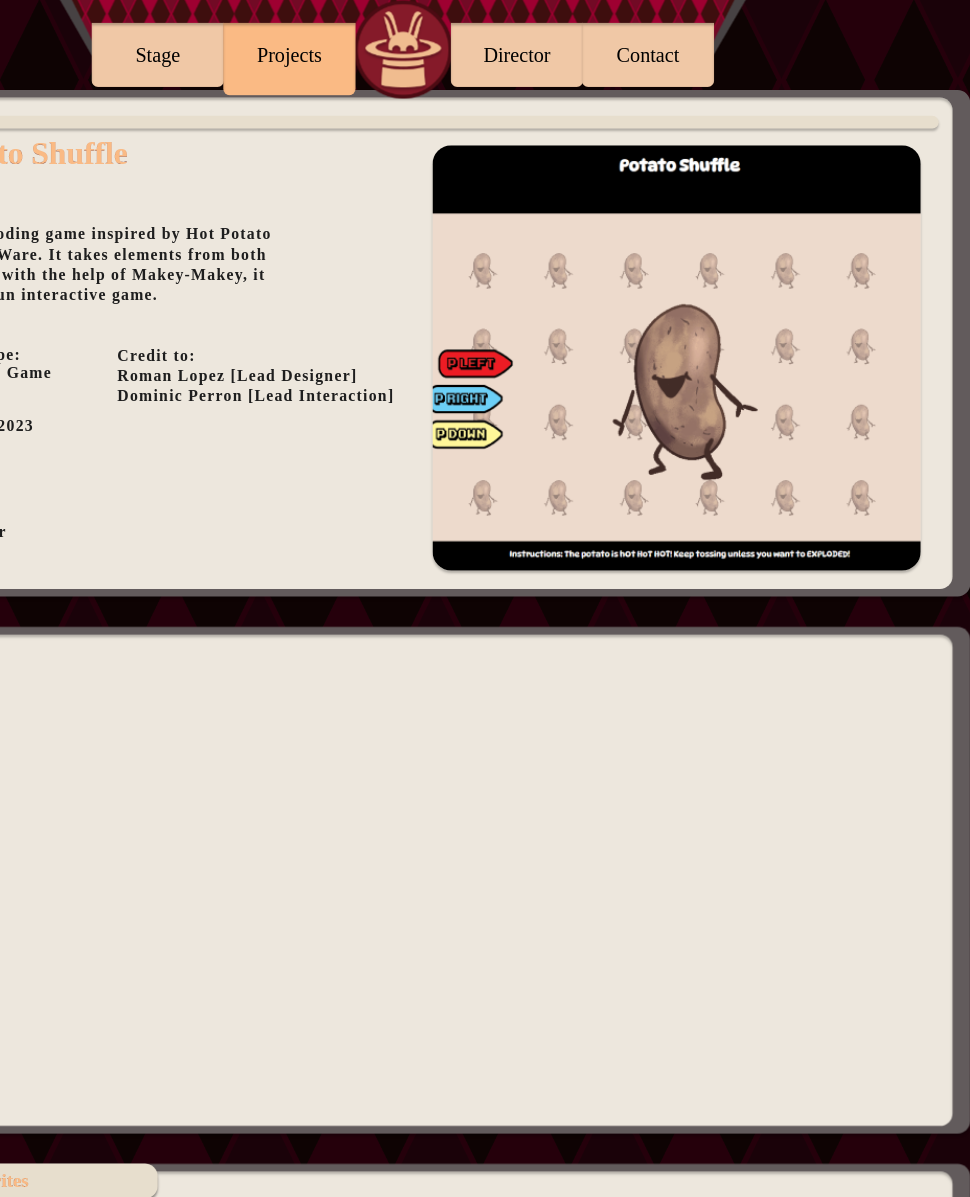
Repository: EMP-ChristinaC/Portfolio
Page: projects/potato-shuffle/potato.html
The author's editor kept a copy of each file at every save. The page is drawn from the files as they stood at one save, then again after a run of saves.
The browser window is 1280 px wide. The page is 1540 px wide, so the pictures cover 1540 px, including what lies to the right of the window. The pictures show the part of the page from y = 0 to 1900 px (the page is 6212 px tall), at 63% of full size.
Some web fonts or font styles are not loaded; a fallback is used.

Above is the page before, as saved 2024-12-08 19:48:16.

### projects/potato-shuffle/potato.html
<!DOCTYPE html>
<html lang="en">

<head>
    <meta charset="UTF-8">
    <meta name="viewport" content="width=device-width, initial-scale=1.0">
    <title>CC- Project Potato Shuffle</title>
    <!--- ////////////////// OUTSIDE STYLES //////////////////-->


    <!--- ///////////////// GOOGLE FONTS  ////////////////////-->
    <link rel="preconnect" href="https://fonts.googleapis.com">
    <link rel="preconnect" href="https://fonts.gstatic.com" crossorigin>
    <link
        href="https://fonts.googleapis.com/css2?family=Overlock:ital,wght@0,400;0,700;0,900;1,400;1,700;1,900&family=Vast+Shadow&display=swap"
        rel="stylesheet">

    <!--- /////////////// MY STYLES ////////////////-->

    <link rel="stylesheet" href="potato.css">
    <link rel="stylesheet" href="../../nav.css">
    <link rel="stylesheet" href="media-style-phone-potato.css">
    <link rel="stylesheet" href="../../media-style-two.css">
    <link rel="stylesheet" href="media-style-mac-potato.css">

    <!--- //////////////// FAVICON LINKS ///////////////////-->
    <link rel="shortcut icon" href="../../image/logo.png" type="image/x-icon">
    <link rel="icon" href="../../image/logo.png" type="image/x-icon">

</head>

<body class="home-potato">

    <!--- /////////////////////// NAVIGATION /////////////////////-->
    <header class="navigation">
        <img class="nav-background" src="../../image/nav-background.png"
            alt="A decor for the nav, it holds a logo with diamond patterns in the background.">


        <a href="../../index.html " class="nav-home">Stage</a>
        <a href="../../about-page/about.html" class="nav-about">Director</a>
        <a href="../../contact-page/contact.html" class="nav-contact">Contact</a>
        <a href="../../main-project-page/projects.html" class="nav-projects current">Projects</a>
    </header>


    <!--- /////////////////////// ARROW BUTTON /////////////////////-->
    <a href="../../projects/sniffle/sniffle.html"><img src="../../image/left-arrow.png" class="side-button-left" alt="A."></a>


    <a href="../../projects/smash-n-dash/smash.html"><img src="../../image/right-arrow.png" class="side-button-right" alt="A."></a>



    <!--- /////////////////////// BOX OUTLINE ///////////////////////-->
    <div class="box-outline-outside-potato-overview">
        <div class="box-outline-inside-potato-overview"></div>

        <!-- <div class="dia-left-potato">
            <img src="../../image/Dia-bottom-left.png"
                alt="A diamond pattern decor that is placed onto the bottom left of the box outline">
        </div>

        <div class="dia-right-potato">
            <img src="../../image/Dia-top-right.png"
                alt="A diamond pattern decor that is placed onto the bottom left of the box outline">
        </div> -->


    <div class="box-outline-paragraph-potato">
        <div class="details-potato">
            <h2>About:</h2>
            <p>
                A digital coding game inspired by Hot Potato and WarioWare. It takes elements from both games and with
                the help of Makey-Makey, it creates a fun interactive game.
                <!-- <br><br>
                Here are some images of the game. -->
            </p>
        </div>
    </div>


    <div class="box-outline-type-potato">
        <div class="type-potato">
            <p> Project Type:
                <br>
                Interactive Game
                <br><br>
                Date:
                <br>
                December 2023
                <br><br>
                Link:
                <br>
                <a href="https://emp-christinac.github.io/Potato-Shuffle/index.html">Github</a>
                <br><br>
                Role:
                <br>
                Lead Coder
            </p>
        </div>

<!-- <div class="type-two">
    <p>
        Link:
        <br>
        <a href="https://emp-christinac.github.io/Potato-Shuffle/index.html">Github</a>
        <br><br>
        Role:
        <br>
        Lead Coder
    </p>
</div> -->


        <!-- <div class="type-potato-phone">
            <p> Project Type:
                <br>
                Digital Game
                <br><br>
                Date:
                <br>
                December 2023
            </p>
        </div> -->

        <!-- <div class="type-potato-phone-two">
            <p>
                Link:
                <br>
                <a href="https://empxnifl.github.io/Potato-Shuffle/index.html">Github</a>
                <br><br>
                Role:
                <br>
                Lead Coder
            </p>
        </div> -->
    </div>

    <div class="box-outline-credit">
        <div class="credit">
            <p>Credit to:
                <br>
                Roman Lopez [Lead Designer]
                <br>
                Dominic Perron [Lead Interaction]
            </p>
        </div>

        <div class="mc-overview">
            <img src="../../image/Main-Screen.png" alt="A overview of the project Potato Shuffle.">
        </div>

    </div>




    <div class="box-outline-heading-potato">
        <div class="potato-title">
            <h1>Potato Shuffle</h1>
        </div>
    </div>
</div>
    <!--- ////////////////////////-->
    <div class="box-outline-outside-potato-play">
        <div class="box-outline-inside-potato-play"></div>

        <div>
            <div class="play">
                <p>
                </p>
            </div>

    </div>


    <!--- ////////////////////////-->

    <div class="box-outline-outside-potato-progress">
        <div class="box-outline-inside-potato-progress"></div>

        <!-- <div class="dia-left-two-potato">
            <img src="../../image/Dia-bottom-left.png"
                alt="A diamond pattern decor that is placed onto the bottom left of the box outline">
        </div>

        <div class="dia-right-two-potato">
            <img src="../../image/Dia-top-right.png"
                alt="A diamond pattern decor that is placed onto the bottom left of the box outline">
        </div> -->

        <div class="box-outline-heading-two-potato">
            <div class="heading-two">
                <h1>Menu Design</h1>
            </div>
        </div>
        <div class="box-outline-heading-three-potato">
            <div class="heading-three">
                <h1>Sprites</h1>
            </div>
        </div>

        <div class="potato-menu-one">
            <img src="../../image/Home.png" alt="The home screen of the project.">
        </div>


        <div class="potato-menu-two">
            <img src="../../image/Victory.png" alt="The victory screen of the project.">
        </div>

        <!--- ////////////////////////-->

        <div class="potato-sprites">
            <img src="../../image/potato_sway.gif" alt="A potato gif that shows the potato swaying left and right.">
        </div>


        <div class="potato-sprites-two">
            <img src="../../image/Fail.gif" alt="A explosion gif that says boom.">
        </div>

        <div class="potato-sprites-three">
            <img src="../../image/potato_flip.gif" alt="A potato gif that shows the potato fliping.">
        </div>



    </div>


    <!--- ////////////////////////-->

    <div class="box-outline-outside-potato">
        <div class="box-outline-inside-potato"></div>
        <!-- <div class="dia-left-three-potato">
            <img src="../../image/Dia-bottom-left.png"
                alt="A diamond pattern decor that is placed onto the bottom left of the box outline">
        </div>

        <div class="dia-right-three-potato">
            <img src="../../image/Dia-top-right.png"
                alt="A diamond pattern decor that is placed onto the bottom left of the box outline">
        </div> -->


        <div class="box-outline-heading-four-potato">
            <div class="heading-four-potato">
                <h1>Mini-Game Design</h1>
            </div>

            <div class="potato-event-one">
                <img src="../../image/Event-1.png" alt="One of five mini-game from the project. It shows a character running.">
            </div>

            <div class="potato-event-two">
                <img src="../../image/Event-2.png"
                    alt="One of five mini-game from the project. It shows a character shooting at a muffen.">
            </div>


            <div class="potato-event-three">
                <img src="../../image/Event-3.png"
                    alt="One of five mini-game from the project. It shows a potato dropping into a basket.">
            </div>

            <div class="potato-event-four">
                <img src="../../image/Event-4.png"
                    alt="One of five mini-game from the project. It shows a character digging up a potato.">
            </div>


            <div class="potato-event-five">
                <img src="../../image/Event-5.png" alt="One of five mini-game from the project. It shows a potato being peeled.">
            </div>

        </div>

    </div>

    <!--- ////////////////////////-->

    <div class="box-outline-outside-foot">
        <div class="box-outline-inside-foot"></div>

            <footer class="section">
                <p>© 2024 by Christina Chan. Powered and secured by Github</p>

                <div>
                    <a class="github" href="https://github.com/EMP-ChristinaC"> <img src="../../image/Github-icon.png"
                            alt="Github icon image."></a>

                    <a class="twitter" href="https://x.com/EMP_Nifl"> <img src="../../image/Twitter-Icon.png"
                            alt="Twitter icon image."></a>

                    <a class="discord" href="https://discordapp.com/users/456539039286165514"> <img src="../../image/discord-icon.webp"
                            alt="Discord icon image."></a>

                    <a class="linkedin" href="https://www.linkedin.com/in/christina-chan-290a29323/"> <img src="../../image/Linkedin-icon.webp"
                            alt="Linkedin icon image."></a>
                </div>

            </footer>
    </div>
    <!--- /////////////////////// DECOR  ///////////////////////-->


    <!-- <div class="left-curtain">
        <img src="../../image/curtains-left.png" alt="A curtain decor that is placed on the left side of the website.">
    </div>

    <div class="right-curtain">
        <img src="../../image/curtain-right.png" alt="A curtain decor that is placed on the right side of the website.">
    </div> -->

    <!--- /////////////////////// TEXT ///////////////////////-->


    <!--- /////////////////////// IMAGES ///////////////////////-->


    <!--- ////////////////////////-->




    <!--- ////////////////////////-->



</body>

</html>

### projects/potato-shuffle/potato.css

/*///////////////////////////////// Box Outline ////////////////////////////*/
.box-outline-outside-potato-overview,
.box-outline-outside-potato-progress,
.box-outline-outside-potato-play {
    width: 1800px;
    height: 804px;
    background: rgba(98, 91, 92);
    box-shadow: 0px 4px 4px rgba(0, 0, 0, 0.25);
    border-radius: 20px;
}

.box-outline-outside-potato-overview {
    position: absolute;
    top: 50%;
    left: 50%;
    transform: translate(-50%, -27%);
}

.box-outline-outside-potato-play {
    position: absolute;
    top: 50%;
    left: 50%;
    transform: translate(-50%, 79%);
}

.box-outline-outside-potato-progress {
    position: absolute;
    top: 50%;
    left: 50%;
    transform: translate(-50%, 56%);
}

/*//////////////////////////////////*/


.box-outline-outside-potato {
    width: 1800px;
    height: 990px;
    background: rgba(98, 91, 92);
    box-shadow: 0px 4px 4px rgba(0, 0, 0, 0.25);
    border-radius: 20px;
}

.box-outline-outside-potato {
    position: absolute;
    top: 50%;
    left: 50%;
    transform: translate(-50%, 2340px);
}



/*//////////////////////////////////////////////////////////////////////////////*/

.box-outline-inside-potato-overview,
.box-outline-inside-potato-progress,
.box-outline-inside-potato-play {
    width: 1745px;
    height: 780px;
    background: #EDE7DD;
    box-shadow: 0px 4px 4px rgba(0, 0, 0, 0.25) inset;
    border-radius: 20px;
}

.box-outline-inside-potato-play {
    position: absolute;
    top: 1.5%;
    left: 1.5%;
}

.box-outline-inside-potato-overview {
    position: absolute;
    top: 1.5%;
    left: 1.5%;
    /* transform: translate(-50%, -26.3%); */
}


.box-outline-inside-potato-progress {
    position: absolute;
    top: 1.5%;
    left: 1.5%;
    /* transform: translate(-50%, 84%); */
}


.box-outline-inside-potato {
    width: 1745px;
    height: 960px;
    background: #EDE7DD;
    box-shadow: 0px 4px 4px rgba(0, 0, 0, 0.25) inset;
    border-radius: 20px;
}

.box-outline-inside-potato {
    position: absolute;
    top: 1.5%;
    left: 1.5%;
    /* transform: translate(-50%, 1506px); */
}



/*///////////////////////////HEADING BOX////////////////////////////*/



.box-outline-heading-potato {
    width: 1700px;
    height: 20px;
    background: #E7DECD;
    box-shadow: 0px 4px 4px rgba(0, 0, 0, 0.25);
    border-radius: 20px;
    z-index: 1;
}

.box-outline-heading-potato {
    position: absolute;
    top: 28%;
    left: 50%;
    transform: translate(-50%, -920%);
}



.box-outline-heading-two-potato,
.box-outline-heading-three-potato,
.box-outline-heading-four-potato {
    height: 55px;
    background: #E7DECD;
    box-shadow: 0px 4px 4px rgba(0, 0, 0, 0.25);
    border-radius: 20px;
    z-index: 1;
    position: absolute;
    top: 0%;
    left: 0%;
}

.box-outline-heading-two-potato {
    /* transform: translate(-50%, 1270%); */
    width: 510px;
}

.box-outline-heading-three-potato {
    /* transform: translate(-50%, 1900%); */
    width: 510px;
}

.box-outline-heading-four-potato {
    /* transform: translate(-50%, 2800%); */
    width: 510px;
}

.box-outline-heading-five-potato {
    /* transform: translate(-50%, 3450%); */
    width: 510px;
}

/*/////////////////////////////////////*/

.box-outline-paragraph-potato,
.box-outline-type-potato,
.box-outline-credit {
    /* background: #E7DECD;
    box-shadow: 0px 4px 4px rgba(0, 0, 0, 0.25);
    border-radius: 20px; */
    position: absolute;
    top: 50%;
    left: 30%;
}


.box-outline-paragraph-potato {
    width: 375px;
    height: 330px;
    transform: translate(-116%, -10%);
    z-index: 1;
}


.box-outline-type-potato {
    width: 375px;
    height: 200px;
    transform: translate(-116%, 90%);
    z-index: 1;
}

.box-outline-credit {
    width: 375px;
    height: 60px;
    transform: translate(-30%, 350%);
    z-index: 1;
}



/*/////////////////////////////////////*/

.box-outline-outside-foot {
    width: 100%;
    height: 200px;
    background: rgba(98, 91, 92);
    box-shadow: 0px 4px 4px rgba(0, 0, 0, 0.25);
    border-radius: 20px 20px 0 0;
    position: absolute;
    top: 50%;
    left: 50%;
    transform: translate(-50%, 1690%);
}

/*/////////////////////////////////////*/

.box-outline-inside-foot {
    width: 99%;
    height: 185px;
    position: absolute;
    background: #EDE7DD;
    box-shadow: 0px 4px 4px rgba(0, 0, 0, 0.25) inset;
    border-radius: 20px 20px 0 0;
    position: absolute;
    /* transform: translate(-50%, 1359%); */
    top: 8%;
    left: 0.5%;
}



/*///////////////////////////////// Decor ////////////////////////////*/

.dia-left-potato img {
    position: absolute;
    top: 27%;
    left: 50%;
    transform: translate(-384%, 205%);
}

.dia-right-potato img {
    position: absolute;
    top: 27%;
    right: 50%;
    transform: translate(385%, -107%);
}

/*//////////////////////////////////////////////////////////////////////*/

.dia-left-two-potato img {
    position: absolute;
    top: -80%;
    left: 50%;
    transform: translate(-384%, 656%);
}

.dia-right-two-potato img {
    position: absolute;
    top: -80%;
    right: 50%;
    transform: translate(385%, 344%);
}

/*/////////////////////////////////////*/

.dia-left-three-potato img {
    position: absolute;
    top: -186%;
    left: 50%;
    transform: translate(-384%, 1378%);
}

.dia-right-three-potato img {
    position: absolute;
    top: -186%;
    right: 50%;
    transform: translate(385%, 972%);
}

/*/////////////////////////////////////*/

.left-curtain {
    position: fixed;
    top: 0%;
    left: 11%;
    transform: translate(-100%);
}

.right-curtain {
    position: fixed;
    top: 0%;
    right: 11%;
    transform: translate(100%);
}

/*///////////////////////////////// Heading Text ////////////////////////////*/

.potato-title {
    width: 827px;
    text-align: center;
    color: #FABA84;
    font-size: 25px;
    font-family: Vast Shadow;
    font-weight: 400;
    -webkit-text-stroke: 0.1px #4C0B13;
    z-index: 1;
}

.potato-title {
    position: absolute;
    top: -20%;
    left: -9%;
    /* transform: translate(-50%, -320%); */
}


.heading-two,
.heading-three,
.heading-four-potato {
    width: 827px;
    text-align: center;
    color: #FABA84;
    font-family: Vast Shadow;
    font-weight: 400;
    -webkit-text-stroke: 0.1px #4C0B13;
    z-index: 1;
    position: absolute;
    top: -20%;
    left: -30%;
    font-size: 15px;
}



/*///////////////////////////////// Paragraph Text ////////////////////////////*/

.details-potato p,
.details-potato h2,
.type-potato p,
.type-two p,
.credit p {
    color: #1E1E1E;
    font-family: Overlock;
    font-weight: 900;

}
.details-potato h2 {
    width: 600px;
    font-size: 35px;
    line-height: 32px;
    letter-spacing: 2px;
    position: absolute;
    top: -70%;
    left: 5%;
    z-index: 1;
}

.details-potato p {
    width: 600px;
    font-size: 25px;
    line-height: 32px;
    letter-spacing: 2px;
    position: absolute;
    top: -55%;
    left: 5%;
    z-index: 1;
    /* transform: translate(-90%, -28%); */

}

.type-potato p {
    width: 440px;
    font-size: 25px;
    line-height: 28px;
    letter-spacing: 2px;
    position: absolute;
    top: -100%;
    left: 5%;
    /* transform: translate(-95%, 105%); */
    z-index: 1;

}

.type-two p {
    width: 440px;
    font-size: 25px;
    line-height: 28px;
    letter-spacing: 2px;
    position: absolute;
    top: 0%;
    left: 64%;
    /* transform: translate(-42%, 420%); */
    z-index: 1;
}

.credit p {
    width: 440px;
    font-size: 25px;
    line-height: 32px;
    letter-spacing: 2px;
    position: absolute;
    top: -385%;
    left: 5%;
    /* transform: translate(-42%, 420%); */
    z-index: 1;
}





/*/////////////////////////////////////*/

footer.section {
    text-align: center;
    color: black;
    font-size: 14px;
    font-family: Overlock;
    font-weight: 400;

    width: 500px;
    position: absolute;
    top: 50%;
    left: 50%;
    transform: translate(-53%, 80%);

}

footer.section p {
    width: 100%;
    height: 100%;
    transform: translate(1%, 35%);
}


/*///////////////////////////////// Images ////////////////////////////*/


.mc-overview {
    width: 775px;
    height: 675px;
    position: absolute;
    top: -750%;
    left: 155%;
    overflow: hidden;
    box-shadow: 0px 4px 4px rgba(0, 0, 0, 0.25);
    border-radius: 30px;
    transform: translate(-8%, -11%);
    }



.mc-overview img {
    width: 100%;
    height: 105%;
    object-fit: cover;
    transform: translate(-0%, 0%);

    transition: all 0.3s ease-in-out;
}


.potato {
    width: 258px;
    height: 547px;
    box-shadow: 0px 4px 4px rgba(0, 0, 0, 0.25);
    border-radius: 20px;
    background-position: center;

    position: absolute;
    top: 50%;
    left: 50%;
    transform: translate(70%, 302%);
}

.potato-projects {
    width: 258px;
    height: 547px;
    box-shadow: 0px 4px 4px rgba(0, 0, 0, 0.25);
    border-radius: 20px;
    background-position: center;

    position: absolute;
    top: 50%;
    left: 50%;
    transform: translate(70%, -5%);
}

.potato-menu-one img {
    width: 350px;
    height: 250px;
    position: absolute;
    top: 50%;
    left: 50%;
    transform: translate(-110%, 310%);
}

.potato-menu-two img {
    width: 350px;
    height: 250px;
    position: absolute;
    top: 50%;
    left: 50%;
    transform: translate(10%, 310%);
}


.potato-sprites img {
    width: 300px;
    height: 300px;
    position: absolute;
    top: 50%;
    left: 50%;
    transform: translate(-150%, 370%);
}

.potato-sprites-two img {
    width: 300px;
    height: 300px;
    position: absolute;
    top: 50%;
    left: 50%;
    transform: translate(-50%, 370%);
}

.potato-sprites-three img {
    width: 300px;
    height: 300px;
    position: absolute;
    top: 50%;
    left: 50%;
    transform: translate(50%, 370%);
}

.potato-event-one img {
    width: 409px;
    height: 266px;
    position: absolute;
    top: 50%;
    left: 50%;
    transform: translate(-105%, 610%);
}

.potato-event-two img {
    width: 409px;
    height: 266px;
    position: absolute;
    top: 50%;
    left: 50%;
    transform: translate(4%, 610%);
}

.potato-event-three img {
    width: 409px;
    height: 266px;
    position: absolute;
    top: 50%;
    left: 50%;
    transform: translate(-105%, 715%);
}

.potato-event-four img {
    width: 409px;
    height: 266px;
    position: absolute;
    top: 50%;
    left: 50%;
    transform: translate(4%, 715%);
}

.potato-event-five img {
    width: 409px;
    height: 266px;
    position: absolute;
    top: 50%;
    left: 50%;
    transform: translate(-105%, 820%);
}

/*/////////////////////////////////////*/
.github {
    width: 45px;
    height: 45px;
    position: absolute;
    top: 50%;
    left: 50%;
    overflow: hidden;
    box-shadow: 0px 4px 4px rgba(0, 0, 0, 0.25);
    border-radius: 30px;
    transform: translate(-250%, -180%);
}

.github img {
    width: 100%;
    height: 100%;
    object-fit: cover;
    transition: all 0.3s ease-in-out;
    transform: translate(0%, 0%);
}

.twitter {
    width: 45px;
    height: 45px;
    position: absolute;
    top: 50%;
    left: 50%;
    overflow: hidden;
    box-shadow: 0px 4px 4px rgba(0, 0, 0, 0.25);
    border-radius: 30px;
    transform: translate(-100%, -180%);
}

.twitter img {
    width: 100%;
    height: 100%;
    object-fit: cover;
    transition: all 0.3s ease-in-out;
    transform: translate(-0%, -0%);
}


.discord {
    width: 45px;
    height: 45px;
    position: absolute;
    top: 50%;
    left: 50%;
    overflow: hidden;
    box-shadow: 0px 4px 4px rgba(0, 0, 0, 0.25);
    border-radius: 30px;
    transform: translate(50%, -180%);
}

.discord img {
    width: 100%;
    height: 100%;
    object-fit: cover;
    transition: all 0.3s ease-in-out;
    transform: translate(-0%, -0%);
}


.linkedin {
    width: 45px;
    height: 45px;
    position: absolute;
    top: 50%;
    left: 50%;
    overflow: hidden;
    box-shadow: 0px 4px 4px rgba(0, 0, 0, 0.25);
    border-radius: 30px;
    transform: translate(200%, -180%);
}

.linkedin img {
    width: 100%;
    height: 100%;
    object-fit: cover;
    transition: all 0.3s ease-in-out;
    transform: translate(-0%, -0%);
}

### media-style-two.css
@media screen and (max-width: 1660px) {

    .left-curtain {
        display: none;
    }

    .right-curtain {
        display: none;
    }

}

Loaded but not shown: projects/potato-shuffle/media-style-phone-potato.css (424 lines, source omitted); nav.css (208 lines, source omitted); projects/potato-shuffle/media-style-mac-potato.css (93 lines, source omitted)

After the next 3 saves:
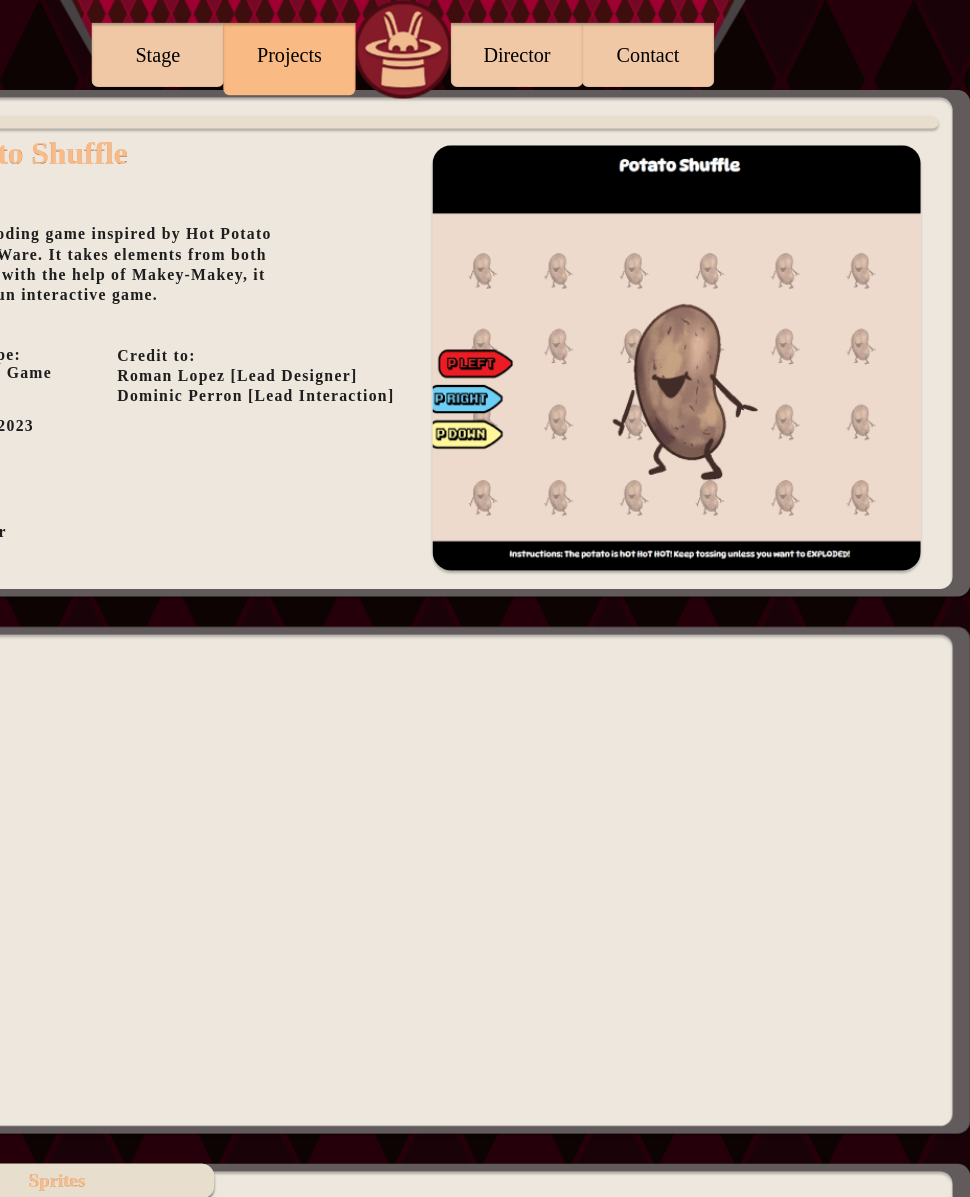
The 3 saves are shown as one change because they came seconds apart.
The last was saved 9 s later.
--- a/projects/potato-shuffle/potato.css
+++ b/projects/potato-shuffle/potato.css
@@ -134,7 +134,7 @@
     z-index: 1;
     position: absolute;
     top: 0%;
-    left: 0%;
+    left: 5%;
 }
 
 .box-outline-heading-two-potato {
